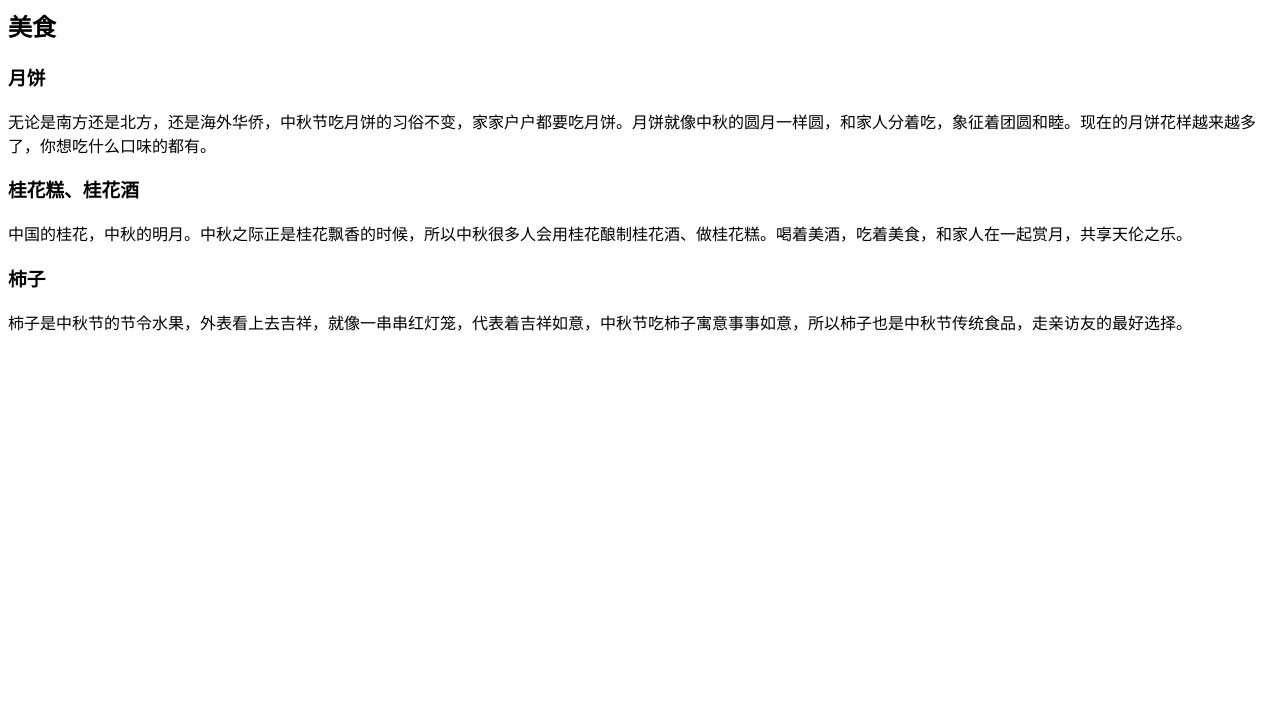
Repository: XueJie1/computer-operation-basics
Page: pages/midautumn/cuisine.html
An editor plug-in stored every save of this project. The page is shown before and after the next save, followed by the edit.
The browser window is 1280 px wide. The pictures show the whole page.

Above is the page before, as saved 2023-09-04 22:33:05.

After the next save:
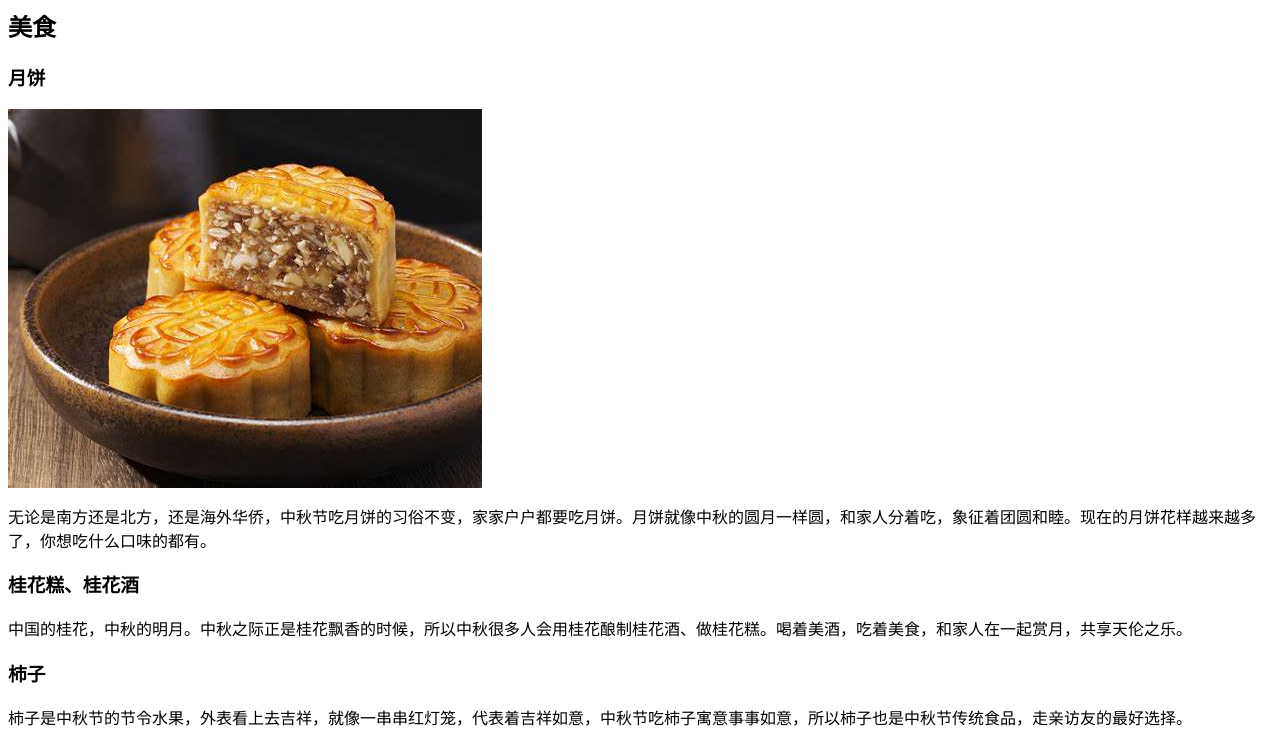
Saved 47 s later.
--- a/pages/midautumn/cuisine.html
+++ b/pages/midautumn/cuisine.html
@@ -1,6 +1,8 @@
 <h2>美食</h2>
 <h3>月饼</h3>
-
+<div class="img">
+    <img src="../../img/mooncakes.jpg">
+</div>
 <p>无论是南方还是北方，还是海外华侨，中秋节吃月饼的习俗不变，家家户户都要吃月饼。月饼就像中秋的圆月一样圆，和家人分着吃，象征着团圆和睦。现在的月饼花样越来越多了，你想吃什么口味的都有。
 
 </p>
